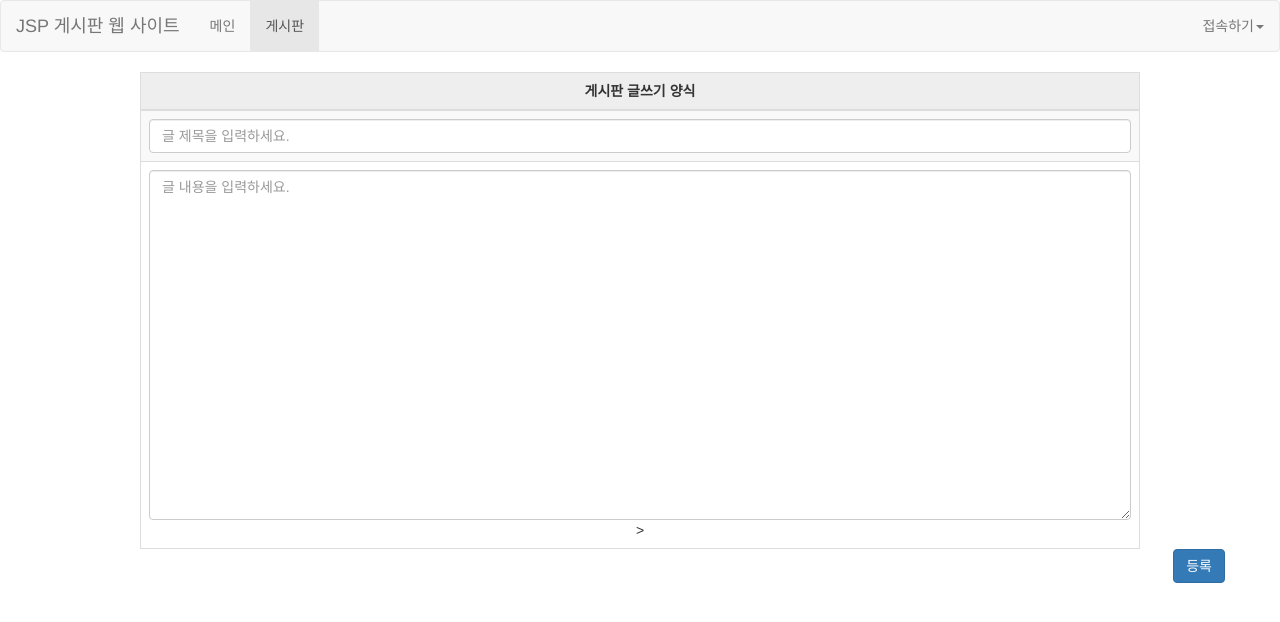
Repository: flown222/JSP_BasicWebsite_Project
Page: http://localhost/BBS/write.jsp
An editor plug-in stored every save of this project. The page is shown before and after the next save, followed by the edit.
The browser window is 1280 px wide. The pictures show the whole page.
The page is served by Tomcat 9.

Above is the page before, as saved 2022-08-21 07:35:08.

After the next save:
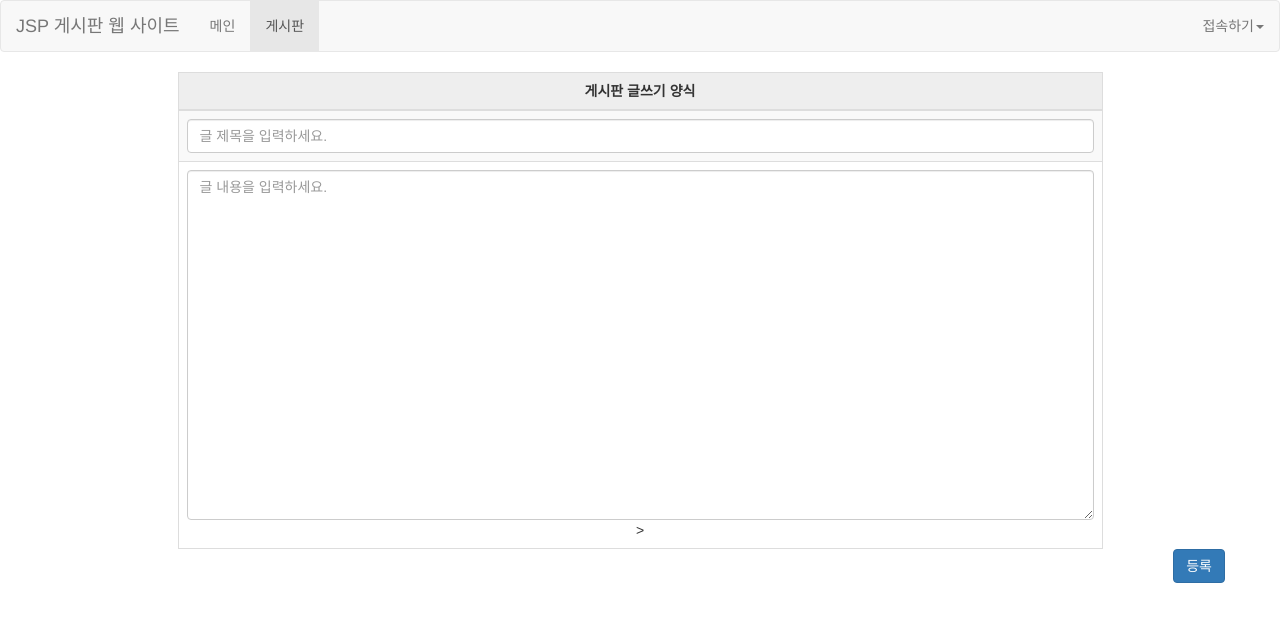
Saved 14 s later.
--- a/projects /BBS/src/main/webapp/write.jsp
+++ b/projects /BBS/src/main/webapp/write.jsp
@@ -72,7 +72,7 @@
 		<div class="row">
 			<form method="post" action= "writeAction.jsp">
 				<table class="table table-striped" style="text-align : center; border: 1px solid #dddddd;
-					margin:auto; width:1000px;">
+					margin:auto; width:925px;">
 					<thead>
 						<tr>
 							<th colspan="2" style="background-color: #eeeeee; text-align: center;">게시판 글쓰기 양식</th>
